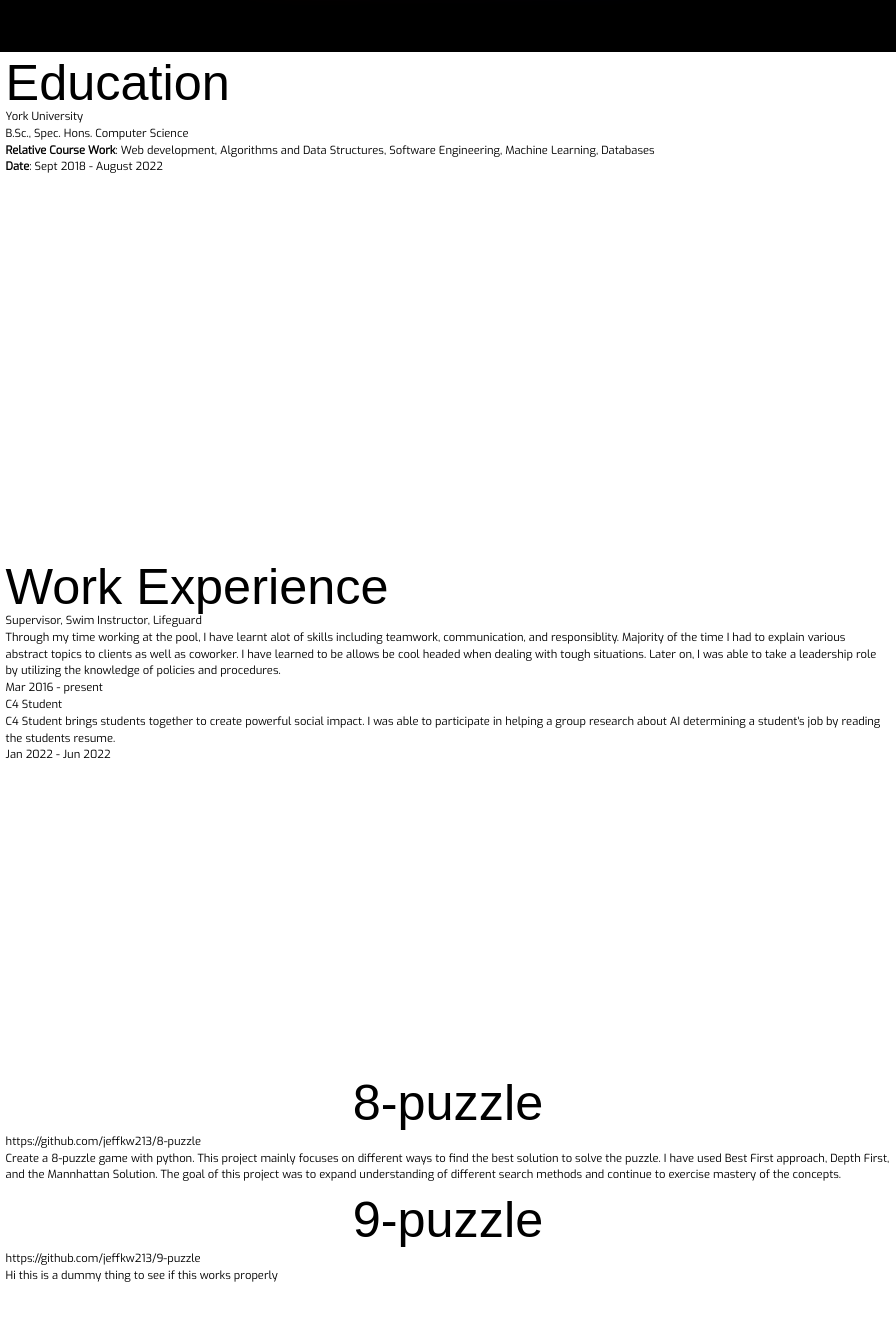
Repository: Jeffkw213/profile_website
Page: /
An editor plug-in stored every save of this project. The page is shown before and after the next save, followed by the edit.
The browser window is 1280 px wide. The pictures show the part of the page from y = 645 to 2565 px (the page is 2960 px tall), at 70% of full size.
Some web fonts or font styles are not loaded; a fallback is used. The project was rebuilt for these pictures with package versions that can differ from the ones it lists, and the page was loaded fresh each time. Also part of the build but not shown: vite.config.js.

Above is the page before, as saved 2022-09-30 15:10:33.

After the next save:
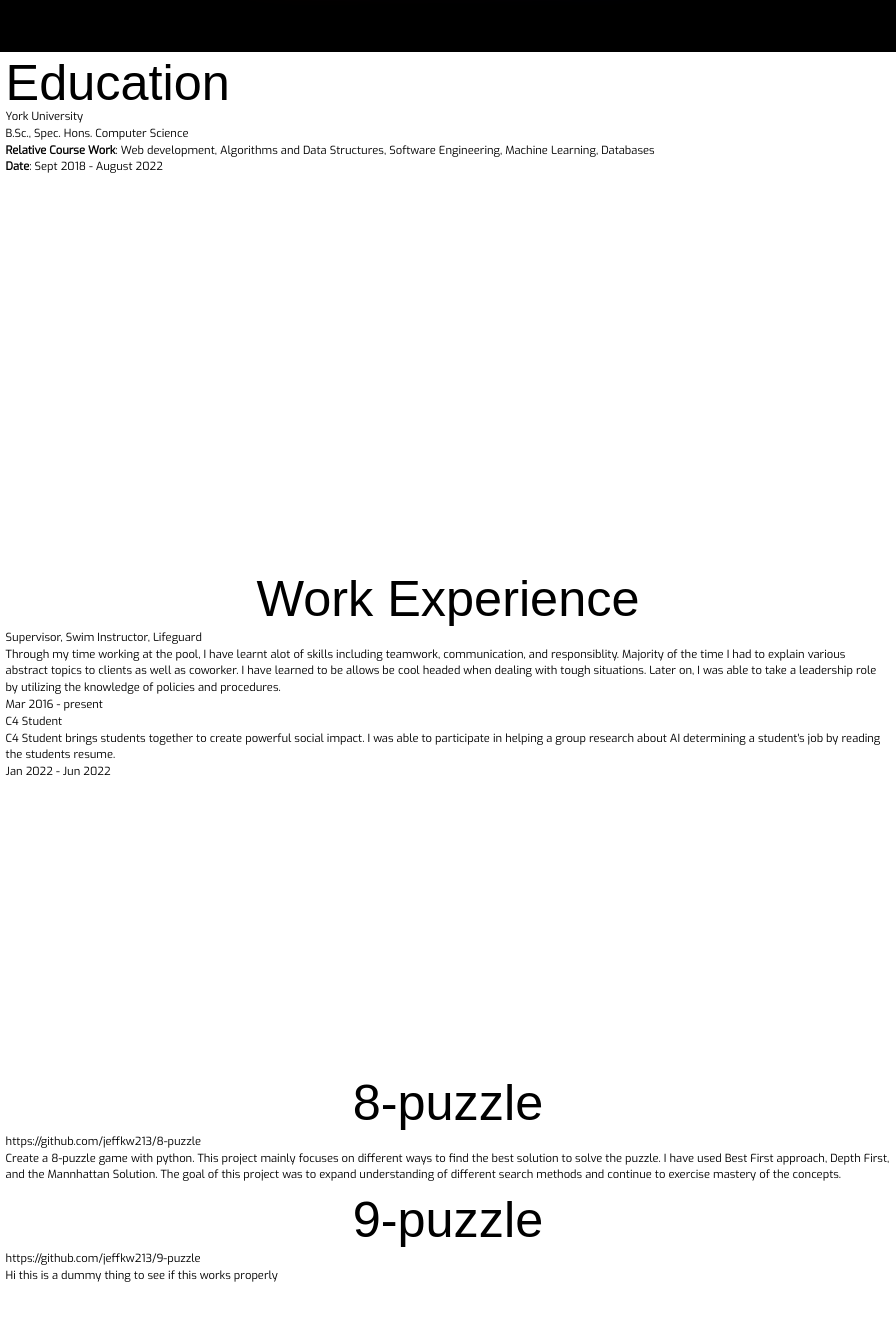
Saved 10 s later.
--- a/src/components/Work.jsx
+++ b/src/components/Work.jsx
@@ -1,7 +1,7 @@
 export default function Work({ employ }) {
   return (
     <div className="scroll-mt-10 h-screen p-2" id="work">
-      <h1 className="font-Nexa text-7xl"> Work Experience </h1>
+      <h1 className="font-Nexa text-4xl sm:text-7xl text-center pt-4 pb-2"> Work Experience </h1>
       {employ.map((item, index) => {
         return (
           <div key={index} className="">
